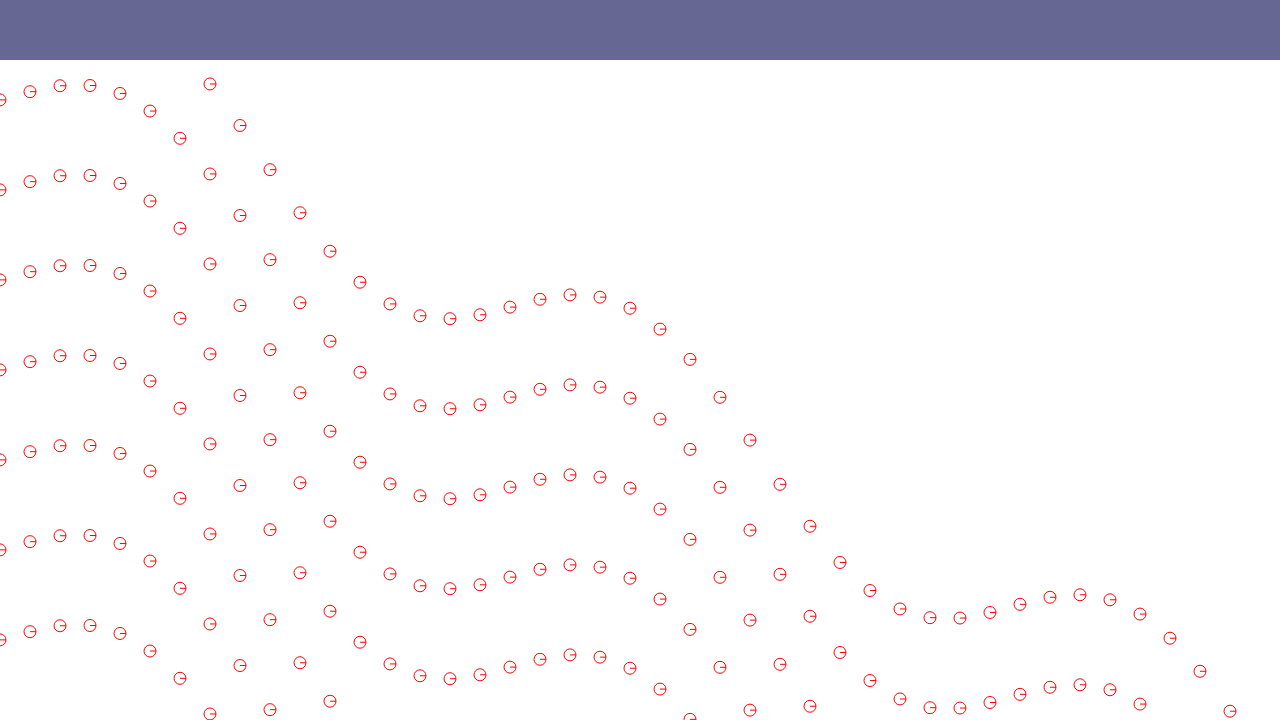
Repository: Iban-del/ProjetBacIban
Page: index.html
These files come from the project's save history. The page is drawn as it stood at one moment and after the next save; the edit follows.
The browser window is 1280 px wide. The pictures show the whole page.

Above is the page before, as saved 2025-02-18 20:12:09.

After the next save:
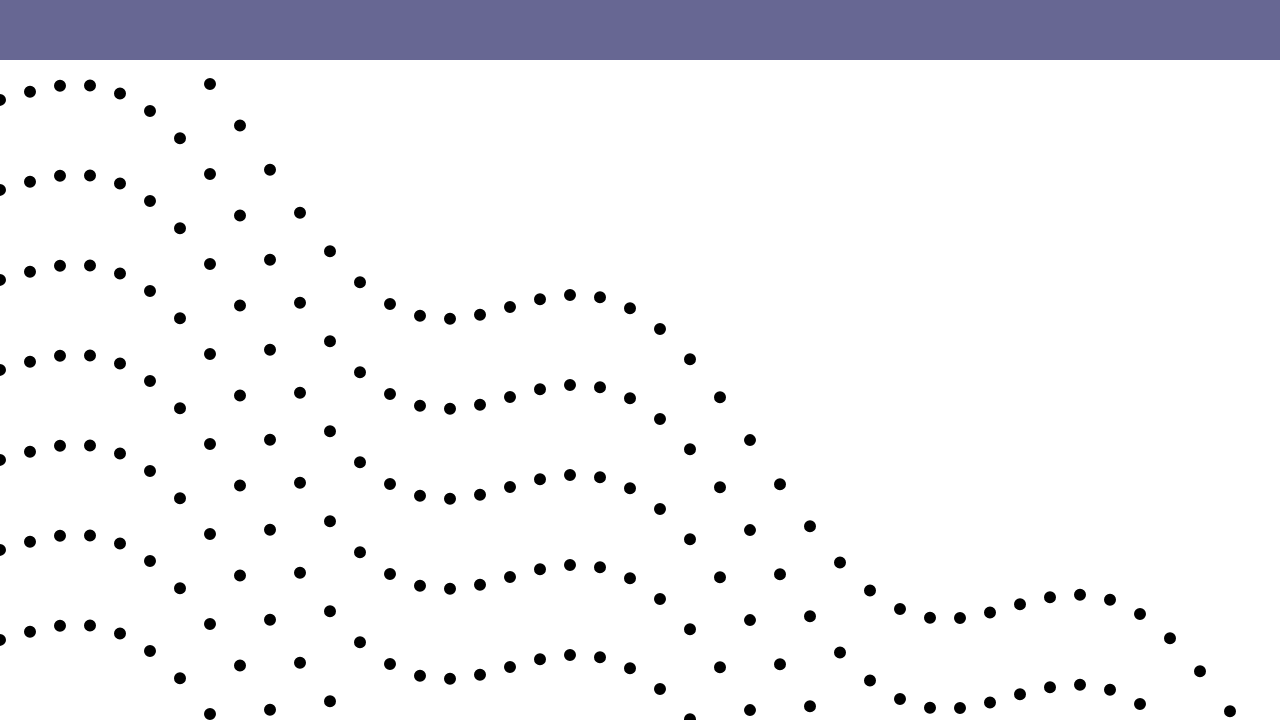
Saved 14 s later.
--- a/js/background.js
+++ b/js/background.js
@@ -75,7 +75,7 @@ function drawVague(ctx){
                 ctx.moveTo(x,y)
                 ctx.strokeStyle="red";
                 ctx.arc(x,y,6,0,Math.PI*2,true)
-                ctx.stroke();
+                ctx.fill();
                 console.log("test")
             }
         }
